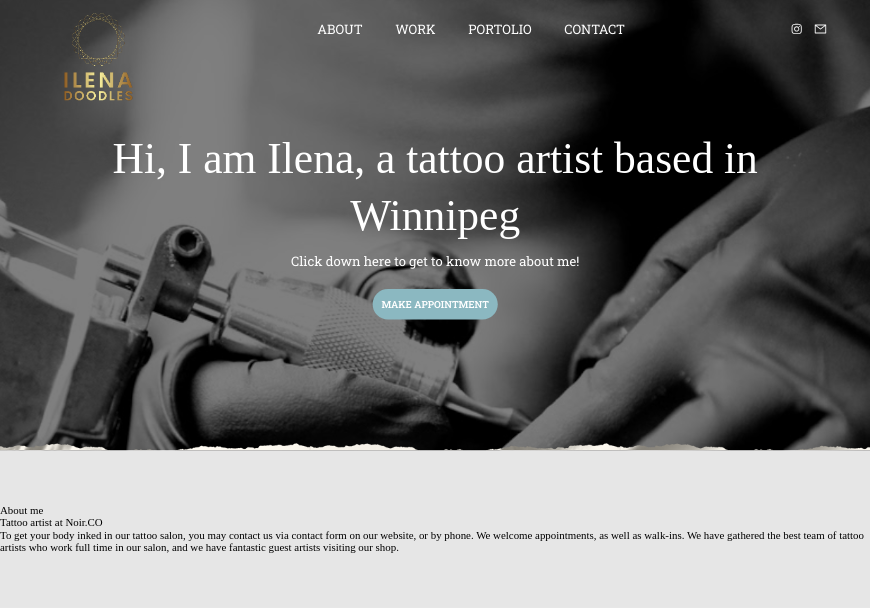
Repository: Leoka2000/Ilena
Page: /
The author's editor kept a copy of each file at every save. The page is drawn from the files as they stood at one save, then again after the next save.
The browser window is 1280 px wide. The pictures show the whole page, at 68% of full size.
Some web fonts or font styles are not loaded; a fallback is used. The project was rebuilt for these pictures with package versions that can differ from the ones it lists, and the page was loaded fresh each time. Also part of the build but not shown: src/App.css.

Above is the page before, as saved 2023-03-02 13:24:38.

### public/index.html
<!DOCTYPE html>
<html lang="en">
  <head>
    <meta charset="utf-8" />
    <link rel="icon" href="%PUBLIC_URL%/favicon.ico" />
    <meta name="viewport" content="width=device-width, initial-scale=1" />
    <meta name="theme-color" content="#000000" />
    <meta
      name="description"
      content="Web site created using create-react-app"
    />
    <link rel="apple-touch-icon" href="%PUBLIC_URL%/logo192.png" />
    <!--
      manifest.json provides metadata used when your web app is installed on a
      user's mobile device or desktop. See https://developers.google.com/web/fundamentals/web-app-manifest/
    -->

    <!-- Gloock -->
    <link rel="preconnect" href="https://fonts.googleapis.com">
<link rel="preconnect" href="https://fonts.gstatic.com" crossorigin>
<link href="https://fonts.googleapis.com/css2?family=Fira+Sans+Extra+Condensed:wght@300&family=Inter:wght@300;400;500;600;700&family=Roboto+Condensed:wght@300&family=Roboto+Slab:wght@400;500;600&display=swap" rel="stylesheet">
    <!-- Gloock -->
    <!-- FONT MULISH -->
    <link rel="preconnect" href="https://fonts.googleapis.com">
<link rel="preconnect" href="https://fonts.gstatic.com" crossorigin>
<link href="https://fonts.googleapis.com/css2?family=Fira+Sans+Extra+Condensed:wght@300&family=Inter:wght@300;400;500;600;700&family=Roboto+Condensed:wght@300&family=Roboto+Slab:wght@400;500;600&display=swap" rel="stylesheet">
    <!-- FONT MULISH -->
    <link rel="manifest" href="%PUBLIC_URL%/manifest.json" />
    <!--
      Notice the use of %PUBLIC_URL% in the tags above.
      It will be replaced with the URL of the `public` folder during the build.
      Only files inside the `public` folder can be referenced from the HTML.

      Unlike "/favicon.ico" or "favicon.ico", "%PUBLIC_URL%/favicon.ico" will
      work correctly both with client-side routing and a non-root public URL.
      Learn how to configure a non-root public URL by running `npm run build`.
    -->
    <title>React App</title>
  </head>
  <body>
    <noscript>You need to enable JavaScript to run this app.</noscript>
    <div id="root"></div>
    <!--
      This HTML file is a template.
      If you open it directly in the browser, you will see an empty page.

      You can add webfonts, meta tags, or analytics to this file.
      The build step will place the bundled scripts into the <body> tag.

      To begin the development, run `npm start` or `yarn start`.
      To create a production bundle, use `npm run build` or `yarn build`.
    -->
  </body>
</html>

### src/App.js
import Home from './pages/home/home'
import './App.css';
import Navbar from './components/navbar';

function App() {
  return (
    <>
      <Navbar/>
    <Home/>
    </>
  );
}

export default App;

### src/pages/home/home.js
import React from 'react'
import Hero from '../hero/hero'
import About from '../about/about'


const home = () => {
  return (
    <>
      <Hero/>
      <About/>
    </>
  )
}

export default home

### src/components/navbar.jsx
import React, { useRef, useState } from 'react'
import './navbar.css'
import { AiOutlineInstagram } from 'react-icons/ai'
import { AiOutlineMail } from 'react-icons/ai'
import Logo from '../assets/brand/logo.png'
import { FaBars } from 'react-icons/fa'
import { FaTimes } from 'react-icons/fa'
import { Link } from 'react-scroll'

const Navbar = () => {
  const navRef = useRef();

  const showNavbar = () => {
    navRef.current.classList.toggle("responsive_nav");
  };

  return (
    <div className='navbar-renderer'>
      <nav ref={navRef}>
        <img src={Logo} />
        <ul>
          <li><Link onClick={showNavbar} spy={true} smooth={true} offset={100} duration={500}>ABOUT</Link></li>
          <li><Link onClick={showNavbar} spy={true} smooth={true} offset={100} duration={500}>WORK</Link></li>
          <li><Link onClick={showNavbar} spy={true} smooth={true} offset={100} duration={500}>PORTOLIO</Link></li>
          <li><Link onClick={showNavbar} spy={true} smooth={true} offset={100} duration={500}>CONTACT</Link></li>
        </ul>
        <div className='navbar-icons-wrapper'>
          <a><AiOutlineInstagram /></a>
          <a><AiOutlineMail /></a>
        </div>
        <button
          className="close"
          onClick={showNavbar}>
          <FaTimes />
        </button>
      </nav>

      <button onClick={showNavbar} className='bars-button'>
        <FaBars className='bars' />
      </button>
    </div>
  )
}

export default Navbar

### src/pages/hero/hero.js
import React from 'react'
import './hero.css'

const hero = () => {
  return (
    <section className='hero-section'>
      <h1>Hi, I am Ilena, a tattoo artist based in Winnipeg</h1>
      <p>Click down here to get to know more about me!</p>
      <button>MAKE APPOINTMENT</button>
    </section>
  )
}

export default hero

### src/pages/about/about.jsx
import React from 'react'
import './about.css'
import Ilena from '../../assets/brand/Illena.jpg'

const About = () => {
  return (
    <section className='about-section'>
      <div className='left-about'>
        <h1>About me</h1>
        <h3>Tattoo artist at Noir.CO</h3>
        <p>To get your body inked in our tattoo salon, you may contact us via contact form on our website, or by phone. We welcome appointments, as well as walk-ins. We have gathered the best team of tattoo artists who work full time in our salon, and we have fantastic guest artists visiting our shop.</p>
      </div>
      <div className='right-about'>
        <div className='img-thumbnail'><img/></div>
      </div>
    </section>
  )
}

export default About

### src/components/navbar.css
.navbar-renderer {
    display: flex;
    justify-content: center;
    position:absolute;
    width: 100%;
    z-index: 1;
}
nav {
    display: flex;
    height: 85px;
background-color: transparent;
justify-content: space-between;
align-items: center;
width: 90%;
font-family: 'Fira Sans Extra Condensed', sans-serif;
font-family: 'Inter', sans-serif;
font-family: 'Roboto Condensed', sans-serif;
font-family: 'Roboto Slab', serif;

}
nav > img {
width: 10rem;
height: 10rem;
margin-top: 5rem;
}

nav > ul {
    display: flex;
    gap: 3rem;
    font-size: 1.2rem;
    color: white;
}
nav > ul > li:hover {
    color: rgb(133, 113, 0);
}
nav > ul > li {
   list-style: none;
   cursor: pointer;
   transition: 0.5s;

}
.navbar-icons-wrapper {
    display: flex;
    color: whitesmoke;
    font-size: 1.2rem;
    gap: 1rem;

}
.navbar-icons-wrapper > a > svg {
    transition: 0.4s;
}
.navbar-icons-wrapper > a > svg:hover {
    cursor: pointer;
    color: rgb(133, 113, 0);
}
.bars-button {
    position: fixed;
    right: 10rem;
    font-size: 2rem;
    background-color: transparent;
    outline: none;
    border: none;
    cursor: pointer;
    display: none;
}
.close {
    display: none;
}
@media only screen and (max-width: 1024px) {
    .bars-button {
        position: fixed;
        right: 1.5em;
        top: 1.5rem;
        font-size: 2rem;
        background-color: transparent;
        outline: none;
        border: none;
        cursor: pointer;
        display: flex;
    }
    .close {
        position: absolute;
		top: 1.5rem;
		right: 1.5rem;
        color: rgb(0, 0, 0);
        background: transparent;
	border: none;
	outline: none;
    display: flex;
    font-size: 1.7rem;
    cursor: pointer;
     }
    .responsive_nav{
		transform: none;
        display: flex;
        justify-content: flex-start;
		width: 100%;


	}
	nav {
        position: fixed;
		top: 0rem;
		left: 0rem;
		height: 100%;
		width: 100%;
		display: flex;
		flex-direction: column;
		align-items: center;
		justify-content: flex-start;
		gap: 2rem;
        text-align: center;
		padding-top: 5rem;
		transition: 0.8s;
		transform: translateY(-200vh);
        color: #677294;
		/* IMPORTANTE */
		background-color: rgb(206, 206, 206);
        z-index: 50;
	/* aqui que a magica acontece, esse é mt importante */
	}
}

### src/pages/hero/hero.css
.hero-section {
  position: relative;
  padding: 12rem 0 12rem 0;
  background-image: url('../../assets/brand/hero-img.png');
  object-fit: contain;
  background-position: top;
  background-attachment: scroll;
  z-index: 0;
  display: flex;
  justify-content: center;
  flex-direction: column;
  align-items: center;
  text-align: center;
  color: white;
  gap: 0.8rem;
}

.hero-section::after {
    position: absolute; /*IMPORTANT!*/
    background-color: transparent;
    content: "";
    width: 100%;
    height: 10px;
    mix-blend-mode:difference;
    left: 0;
    z-index: 1;
    bottom: 0rem;
background: url(../../assets/brand/overlay-bottom.png);
}
.hero-section::before {
  content: "";
  position: absolute;
  top: 0;
  left: 0;
  width: 100%;
  height: 100%;
  background-color: rgba(0, 0, 0, 0.5); /* adjust the opacity as needed */
  filter: brightness(0.7); /* apply the filter to the overlay */
  z-index: -1;
}

.hero-section > h1 {
  font-family: 'Gloock', serif;
  font-size: 4rem;
  width: 80%;
  filter: brightness(100%);
  color: rgb(255, 255, 255);
  line-height: 1.3;
}

.hero-section > p {
  color: rgb(255, 255, 255);
  font-size: 1.2rem;
font-family: 'Roboto Slab', serif;

}
.hero-section > button {
    background: #8bb8c1;
    padding: 0.8rem;
    border-radius: 24px;
    border: none;
    color: white;
    font-family: 'Roboto Slab', serif;
    margin-top: 1rem;
    font-weight: 900;
    font-size: 0.9rem;
    cursor: pointer;
    z-index: 0;
    transition: 0.3s;
    transform: scale(1,1);
}

.hero-section > button:hover {
    background: #ffffff;
   color: black;
    font-size: 0.9rem;
    z-index: 0;
}

### src/pages/about/about.css
.about-section {
    padding: 5rem 0 5rem 0;
    background-color: #e6e6e6;
}

Loaded but not shown: src/index.js (common file); src/index.css (common file)

After the next save:
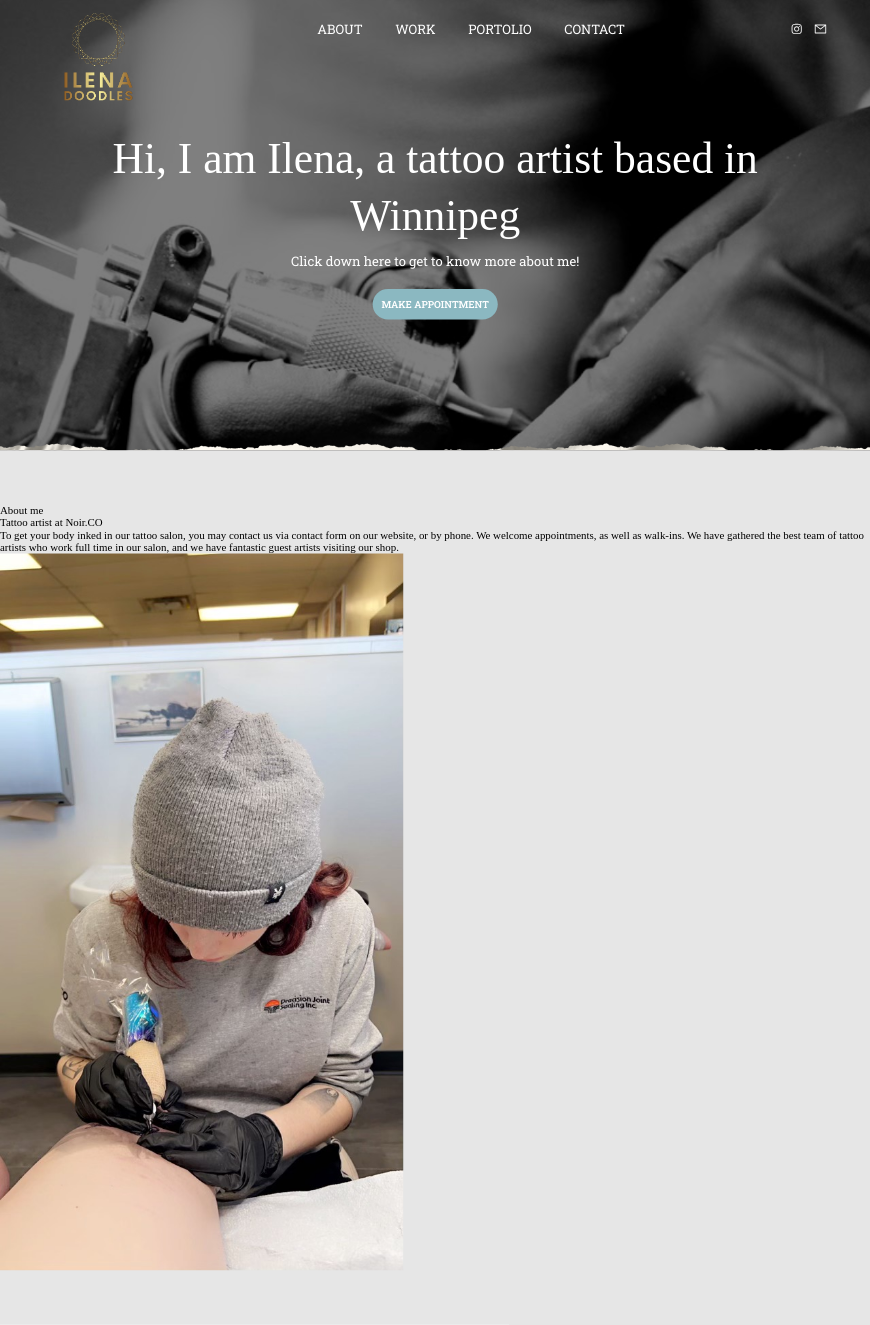
Saved 12 s later.
--- a/src/pages/about/about.jsx
+++ b/src/pages/about/about.jsx
@@ -11,7 +11,7 @@ const About = () => {
         <p>To get your body inked in our tattoo salon, you may contact us via contact form on our website, or by phone. We welcome appointments, as well as walk-ins. We have gathered the best team of tattoo artists who work full time in our salon, and we have fantastic guest artists visiting our shop.</p>
       </div>
       <div className='right-about'>
-        <div className='img-thumbnail'><img/></div>
+        <div className='img-thumbnail'><img src={Ilena}/></div>
       </div>
     </section>
   )
